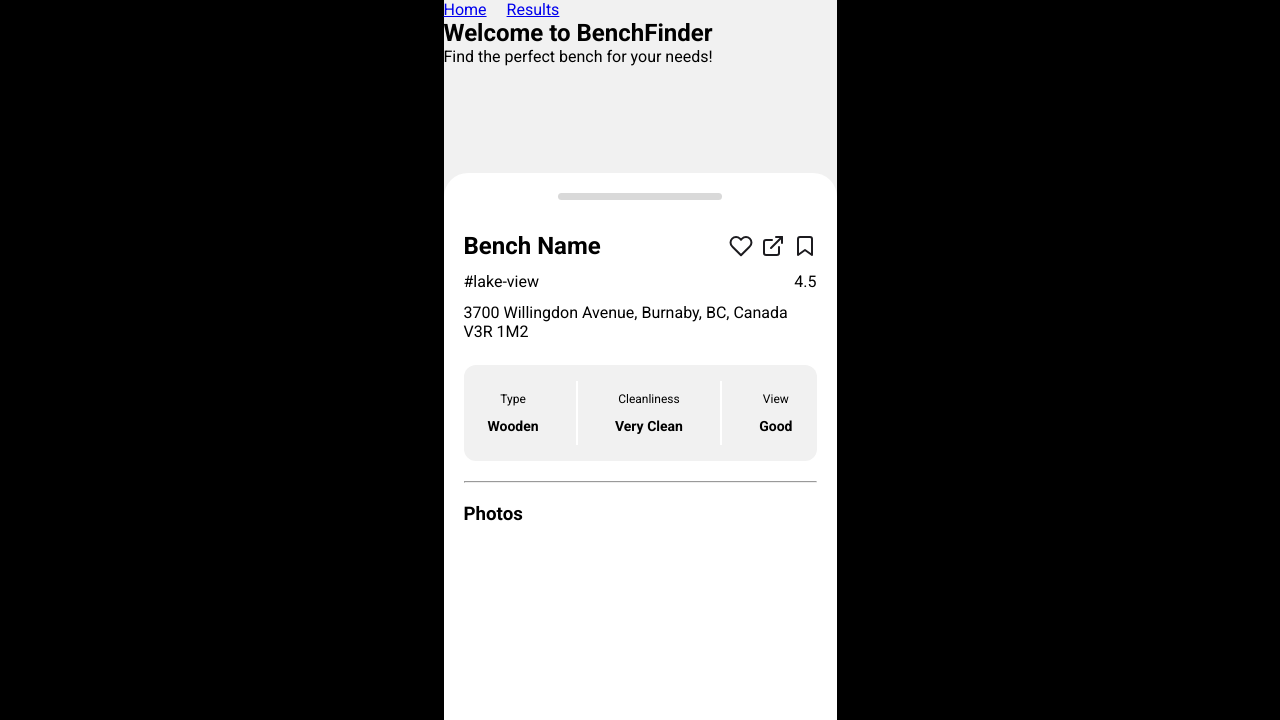
Repository: HidayatPatil/BenchFinder
Page: /
These files come from the project's save history. The page is drawn as it stood at one moment and after a run of saves; the edit follows.
The browser window is 1280 px wide. The pictures show the whole page.
The project was rebuilt for these pictures with package versions that can differ from the ones it lists, and the page was loaded fresh each time. Also part of the build but not shown: vite.config.js, src/Results.jsx.

Above is the page before, as saved 2025-10-09 21:45:08.

### index.html
<!doctype html>
<html lang="en">
  <head>
    <meta charset="UTF-8" />
    <link rel="icon" type="image/svg+xml" href="/vite.svg" />
    <meta name="viewport" content="width=device-width, initial-scale=1.0" />
    <title>benchfinder</title>
  </head>
  <body>
    <div id="root"></div>
    <script type="module" src="/src/main.jsx"></script>
  </body>
</html>

### src/index.css
@import url('https://fonts.googleapis.com/css2?family=Roboto:wght@400;700&display=swap');

/* Reset default margins and padding */
* {
    margin: 0;
    padding: 0;
    box-sizing: border-box;
}

body, html {
    width: 100%;
    height: 100%;
    overflow: hidden;
    background-color: black;
    display: flex;
    justify-content: center;
    align-items: center;
    font-family: 'Roboto', sans-serif;
}

#root {
    width: 393px;
    min-width: 320px;
    max-width: 425px;
    height: 100vh;
    background-color: rgb(0, 0, 0);
    position: relative;
}

.app_body {
    width: 393px;
    min-width: 320px;
    max-width: 425px;
    height: 100%;
    background-color: #F1F1F1;
    margin: 0 auto;
    position: relative;
}

.drawer_container {
    height: 547px;
    position: absolute;
    bottom: 0;
    padding: 0 20px;
    background-color: #FFFFFF;
    border-radius: 24px 24px 0 0;
}

.drawer_handle {
    width: 164px;
    height: 7px;
    border-radius: 100px;
    background-color: #D9D9D9;
    margin: 20px auto 32px auto;
}

.bench_data {
    display: flex;
    flex-direction: column;
    gap: 20px;
}

.bench_information {
    display: flex;
    flex-direction: column;
    gap: 24px;
}

.data_metadata {
    display: flex;
    flex-direction: column;
    gap: 12px;
}

.metadata_name_options {
    display: flex;
    justify-content: space-between;
    align-items: center;

    h2 {
        font-size: 24px;
        font-weight: 600;
    }

    .bench_metadata_options {
        display: flex;
        gap: 8px;
    }

    .option_icons {
        height: 24px;
        width: 24px;
        color: #1C1B1F;
    }
}

.metadata_tags_rating {
    display: flex;
    justify-content: space-between;
    align-items: center;
}

.data_bench_overview {
    display: flex;
    justify-content: space-between;
    align-items: center;
    flex-basis: fit-content;
    background-color: #F1F1F1;
    padding: 16px 24px;
    text-align: center;
    height: 100px;
    border-radius: 12px;

    .bench_overview_container {
        display: flex;
        flex-direction: column;
        gap: 12px;
    }

    .overview_title {
        font-size: 12px;
        font-weight: 500;
    }

    .overview_content {
        font-size: 14px;
        font-weight: 600;
    }

    .box_data_seperators {
        background-color: white;
        height: 64px;
        width: 2px;
    }
}

### src/App.jsx
import { Routes, Route, Link } from 'react-router-dom'
import Result from './Results'
import Home from './Home'

export default function App(){
  return (
    <div className="app_body">
      {/* <h1 className="container">BenchFinder App</h1> */}
      <nav>
        <Link to="/" style={{ marginRight: '20px' }}>Home</Link>
        <Link to="/results">Results</Link>
      </nav>

      <Routes>
        <Route path="/" element={<Home />} />
        <Route path="/results" element={<Result />} />
      </Routes>
    </div>
  )
}

### src/Home.jsx
import ContentDrawer from "./components/contentDrawer"

export default function Home() {
  return (
    <div>
      <h2>Welcome to BenchFinder</h2>
      <p>Find the perfect bench for your needs!</p>
      <div className="google_maps">
        <img />
      </div>
      <ContentDrawer />
    </div>
  )
}

### src/components/contentDrawer.jsx
import { FiHeart } from "react-icons/fi";
import { FiExternalLink } from "react-icons/fi";
import { FiBookmark } from "react-icons/fi";
import { IconContext } from "react-icons";

export default function ContentDrawer() {
  return (
    <div className="drawer_container">
      <div className="drawer_handle"></div>
      <div className="bench_data"> {/* main container holding data */}
        <div className="bench_information">  {/* section above the line break */}
          <div className="data_metadata">
            <div className="metadata_name_options">
              <h2>Bench Name</h2>
              <div className="bench_metadata_options">
                <IconContext.Provider value={{ className: "option_icons" }}>
                  <FiHeart />
                  <FiExternalLink />
                  <FiBookmark />
                </IconContext.Provider>
              </div>
            </div>
            <div className="metadata_tags_rating">
              <div className="bench_tags">#lake-view</div>
              <div className="bench_rating">4.5</div>
            </div>
            <p className="metadata_address">
              3700 Willingdon Avenue, Burnaby, BC, Canada V3R 1M2
            </p>
          </div>
          <div className="data_bench_overview">
            <div className="bench_overview_container">
              <h4 className="overview_title">Type</h4>
              <p className="overview_content">Wooden</p>
            </div>
            <span className="box_data_seperators"/>
            <div className="bench_overview_container">
              <h4 className="overview_title">Cleanliness</h4>
              <p className="overview_content">Very Clean</p>
            </div>
            <span className="box_data_seperators"/>
            <div className="bench_overview_container">
              <h4 className="overview_title">View</h4>
              <p className="overview_content">Good</p>
            </div>
          </div>
        </div>
        <hr /> {/* line break */}
        <div className="bench_photos">
          <div className="photos_heading">
            <h3>Photos</h3>
            {/* <img "add plus icon" />  */}
          </div>
          <div className="photos_gallery">
            <div className="gallery_image"></div>
            <div className="gallery_image"></div>
            <div className="gallery_image"></div>
          </div>
        </div>
      </div>
    </div>
  );
}

Loaded but not shown: src/main.jsx (common file)

After the next 3 saves:
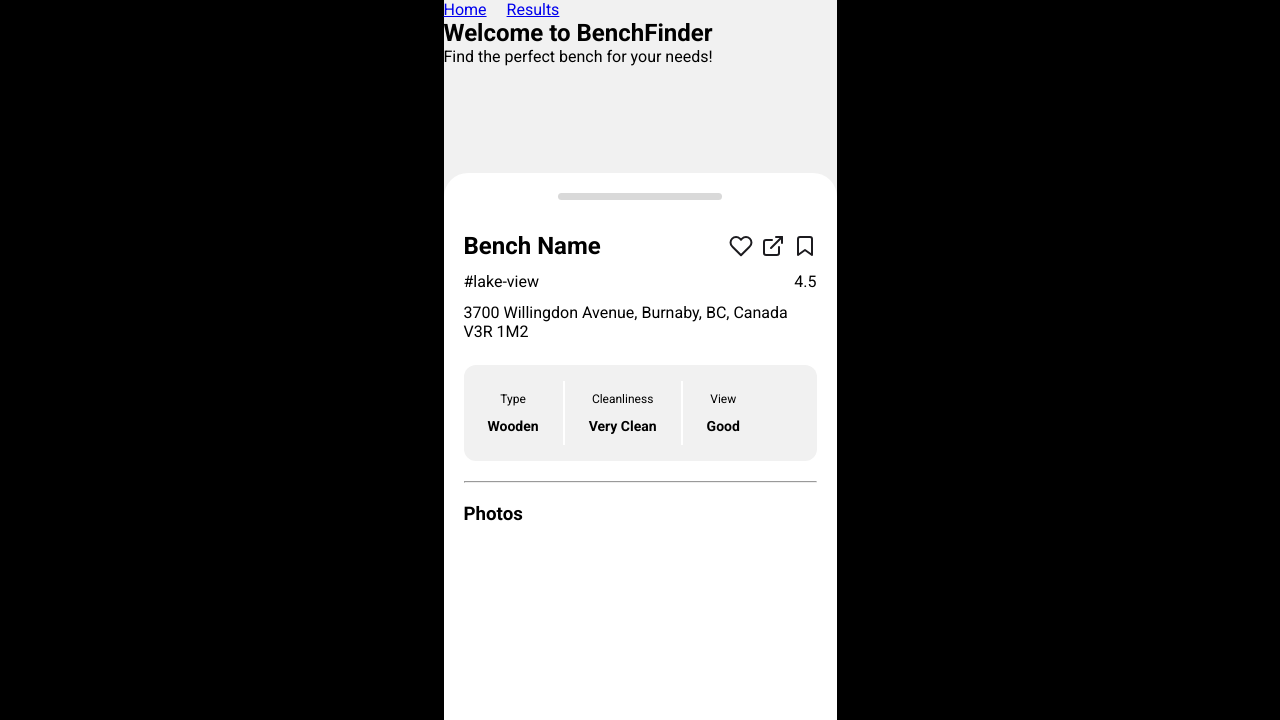
The 3 saves are shown as one change because they came seconds apart.
The last was saved 20 s later.
--- a/src/index.css
+++ b/src/index.css
@@ -102,7 +102,8 @@ body, html {
 
 .data_bench_overview {
     display: flex;
-    justify-content: space-between;
+    /* justify-content: space-between; */
+    gap: 24px;
     align-items: center;
     flex-basis: fit-content;
     background-color: #F1F1F1;
